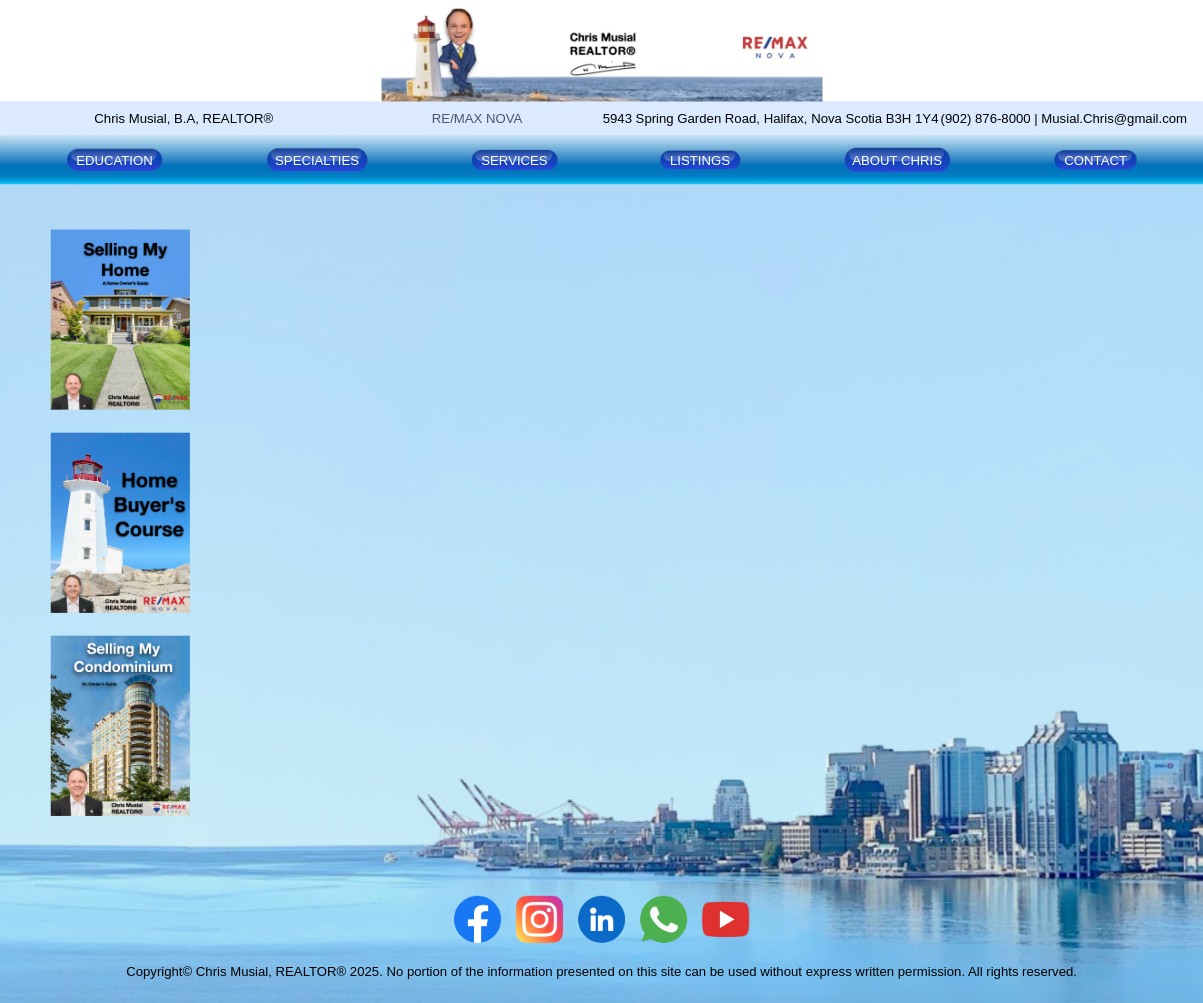
Repository: TMuse333/father-website
Page: / (app in frontend/)
The author's editor kept a copy of each file at every save. The page is drawn from the files as they stood at one save, then again after the next save.
The browser window is 1280 px wide. The pictures show the whole page, at 94% of full size.
The project was rebuilt for these pictures with package versions that can differ from the ones it lists, and the page was loaded fresh each time. The framework's server and built-in components were replaced by stand-ins that run in the browser. Also part of the build but not shown: frontend/next.config.ts.

Above is the page before, as saved 2025-05-24 17:26:42.

After the next save:
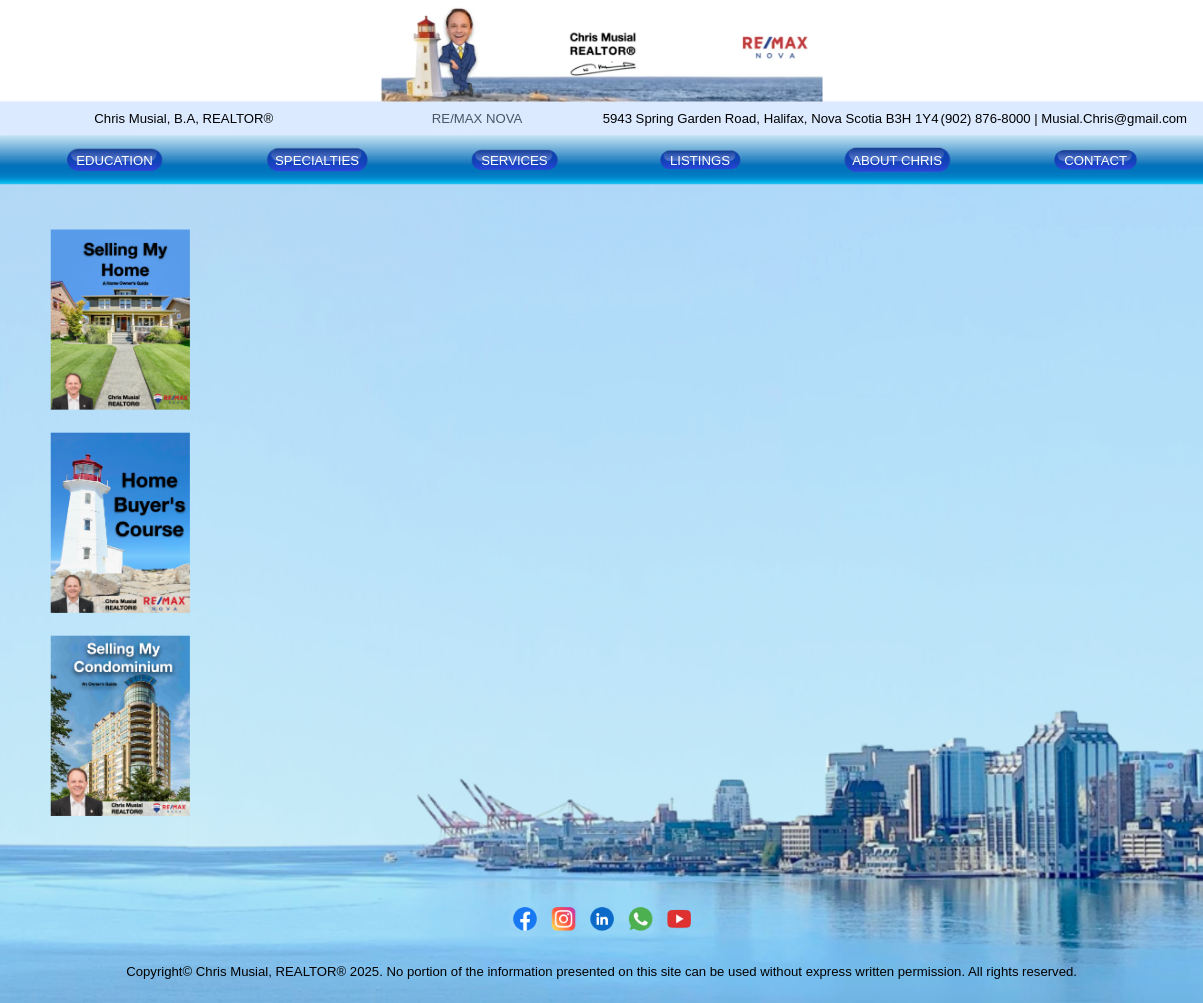
Saved 21 s later.
--- a/frontend/src/components/footer/footer.tsx
+++ b/frontend/src/components/footer/footer.tsx
@@ -54,7 +54,7 @@
                   height={32}
 
                   className={` transition-transform duration-300 object-contain ${
-                    platform.name === "instagram" ? "w-[100px] h-[100px] scale-[2] hover:scale-[2.5]" : "w-[50px] hover:scale-110 h-[75px]"
+                    platform.name === "instagram" ? "w-[100px] h-[100px] scale-[2] hover:scale-[2.5]" : "w-[25px] hover:scale-110 h-[75px]"
                   }`}
                 />
               </a>

After the save that followed:
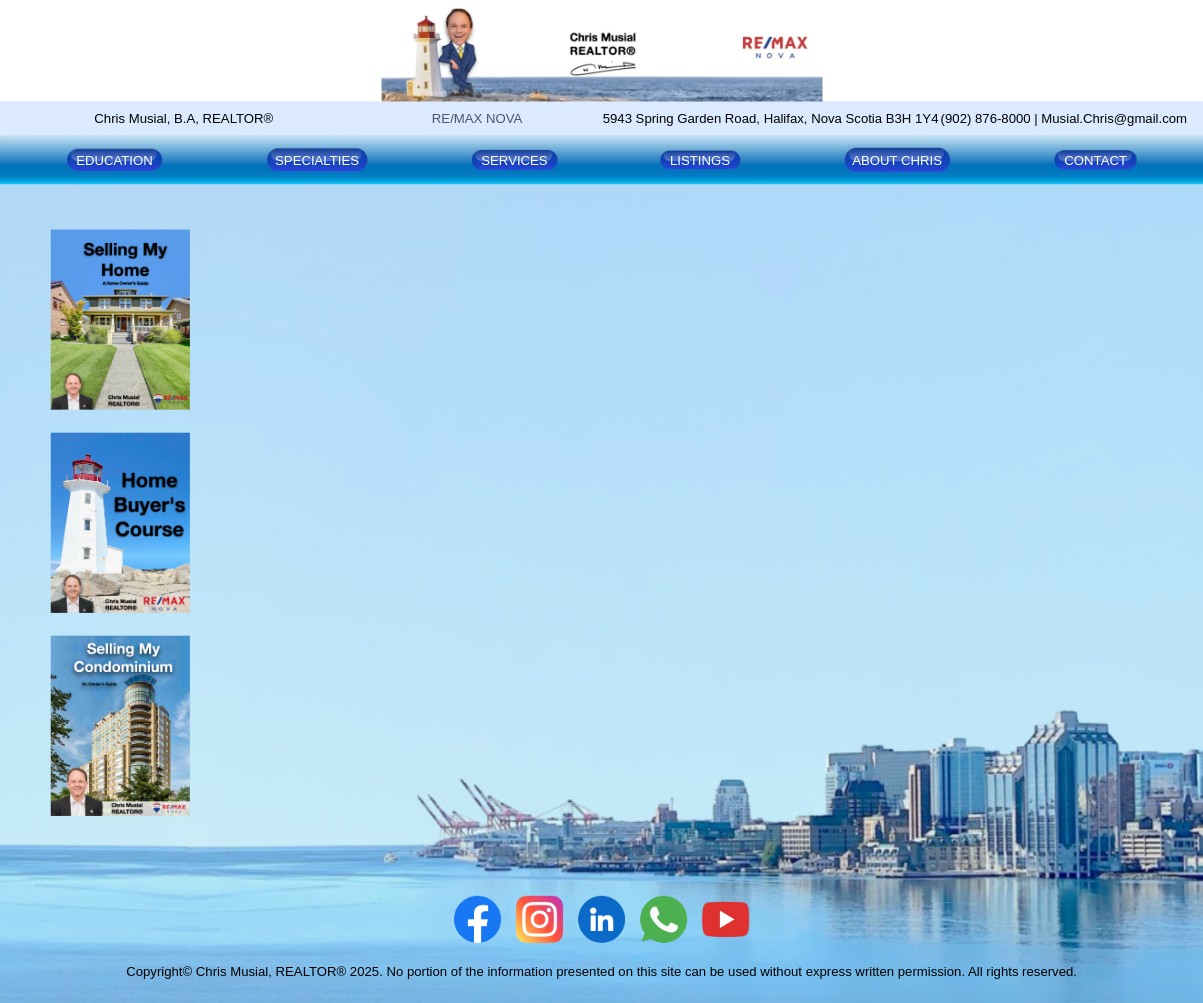
Saved 41 s later.
--- a/frontend/src/components/footer/footer.tsx
+++ b/frontend/src/components/footer/footer.tsx
@@ -54,7 +54,7 @@
                   height={32}
 
                   className={` transition-transform duration-300 object-contain ${
-                    platform.name === "instagram" ? "w-[100px] h-[100px] scale-[2] hover:scale-[2.5]" : "w-[25px] hover:scale-110 h-[75px]"
+                    platform.name === "instagram" ? "w-[100px] h-[100px] scale-[2] hover:scale-[2.5]" : "w-[50px] hover:scale-110 h-[75px]"
                   }`}
                 />
               </a>
